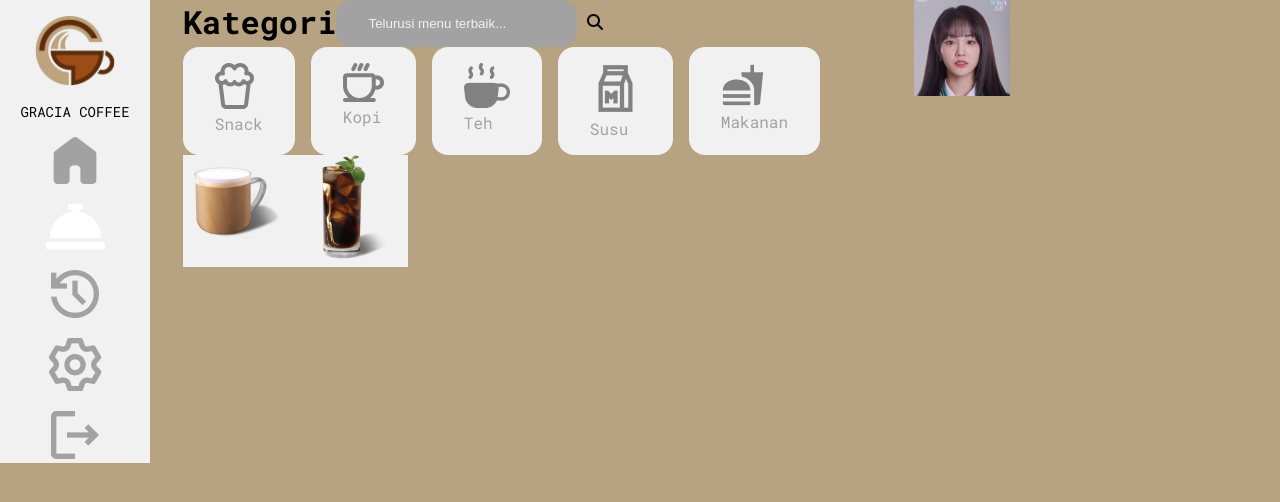
Repository: DanielChuaaa/sbd2
Page: index.html
The author's editor kept a copy of each file at every save. The page is drawn from the files as they stood at one save, then again after the next save.
The browser window is 1280 px wide. The pictures show the whole page.
Some web libraries are served in a nearby version.

Above is the page before, as saved 2023-10-21 00:28:44.

### index.html
<!DOCTYPE html>
<html lang="en">
<head>
    <meta charset="UTF-8">
    <meta name="viewport" content="width=device-width, initial-scale=1.0">
    <title>Document</title>
    <link href="https://fonts.googleapis.com/css2?family=Roboto+Mono:wght@400;600;700&display=swap" rel="stylesheet" />
    <link
      rel="stylesheet"
      href="https://cdnjs.cloudflare.com/ajax/libs/font-awesome/6.1.2/css/all.min.css"
      integrity="sha512-1sCRPdkRXhBV2PBLUdRb4tMg1w2YPf37qatUFeS7zlBy7jJI8Lf4VHwWfZZfpXtYSLy85pkm9GaYVYMfw5BC1A=="
      crossorigin="anonymous"
      referrerpolicy="no-referrer"
    />
    <link rel="stylesheet" href="style.css">
</head>
<body>
    <div class="container">
        <div class="grid-wrapper">
            <div class="iconParent">
                <img src="/assets/logo projek SBD 1.png" class="icon" width="80px" height="70px" alt="logo">
                <p>GRACIA COFFEE</p>
                <a href="#"><img src="./assets/home.png" alt="home"></a>
                <a href="#"><img src="./assets/menu.png" alt="menu"></a>
                <a href="#"><img src="./assets/history.png" alt="history"></a>
                <a href="#"><img src="./assets/setting.png" alt="setting"></a>

                <a href="#"><img src="./assets/logout.png" alt="logout"></a>
            </div>

            <div class="content">
                <div class="nav">
                    <h1>Kategori</h1>
                    <div class="inputWrapper">
                        <input type="text" name="text" id="text" class="input" placeholder="Telurusi menu terbaik...">
                        <i class="fa-solid fa-magnifying-glass"></i>
                    </div>
                </div>

                <div class="menu">
                    <div class="iconMenu"><a href="#"><img src="./assets/popcorn.png" alt="popcorn"></a>
                        <p>Snack</p>
                    </div>
                    <div class="iconMenu"><a href="#"><img src="./assets/kopi.png" alt="kopi"></a>
                        <p>Kopi</p>
                    </div>
                    <div class="iconMenu"><a href="#"><img src="./assets/teh.png" alt="teh"></a>
                        <p>Teh</p>
                    </div>
                    <div class="iconMenu"><a href="#"><img src="./assets/susu.png" alt="susu"></a>
                        <p>Susu</p>
                    </div>
                    <div class="iconMenu"><a href="#"><img src="./assets/makanan.png" alt="makanan"></a>
                        <p>Makanan</p>
                    </div>
                </div>

                <div class="orderMenu">
                    <div class="menu1">
                        <img src="./assets/Vanilla Latte_LongShadow_Cream_1 1.png" alt="">
                    </div>
                    <div class="menu2"><img src="./assets/10032021_Vietnamese_LS-min 1.png" alt=""></div>
                </div>
            </div>

            <div class="order">
                <img src="/assets/g_8___8_idola_cantik_berbakat_alumni_sm_entertainment_yang_sudah_debut_di_girlgroup_agensi_lain_p_eks_sm_trainee-20220408-001-non_fotografer_kly 1.png" alt="">
            </div>
        </div>
    </div>
</body>
</html>

### style.css
:root{
    --clr-primary-100: #B7A281;

    --clr-neutral-100: #818181;
    --clr-neutral-200: #A2A2A2;
    --clr-neutral-300: #D9D9D9;
    --clr-neutral-400: #F8F8F8;
    --clr-neutral-500:  #f1f1f1;

    --ff: "Roboto Mono", monospace;

    --fw-regular: 400;
    --fw-semi-bold: 600;
    --fw-bold: 700;
}

*{
    box-sizing: border-box;
    margin: 0;
    padding: 0;
}

body{
    font-family: var(--ff);
    background-color: #B7A281;
}

.grid-wrapper{
    display: grid;
    grid-template-columns: 0.5fr 2fr 1fr;
}

.iconParent{
    background: var(--clr-neutral-500);

    display: flex;
    flex-direction: column;
    align-items: center;
    max-width: 150px;
    height: auto;
    gap: 1rem;
}

.iconParent p{
    font-size: 14px;
}

.icon{
    margin-top: 1rem;
}


/* content */

.nav{
    display: flex;

}

.input{
    background: var(--clr-neutral-200);

    border: none;
    padding: 1rem 2rem;
    border-radius: 1rem;

}

::placeholder{
    color: var(--clr-neutral-500);
}

.menu{
    display: flex;
    gap: 1rem;
}

.iconMenu{
    background: var(--clr-neutral-500);

    padding: 1rem 2rem;
    border-radius: 1rem;
}

.iconMenu p{
    color: var(--clr-neutral-200);
}

.orderMenu{
    display: flex;
}

.menu1{
    background: var(--clr-neutral-500)
}

.menu2{
    background: var(--clr-neutral-500);
}

After the next save:
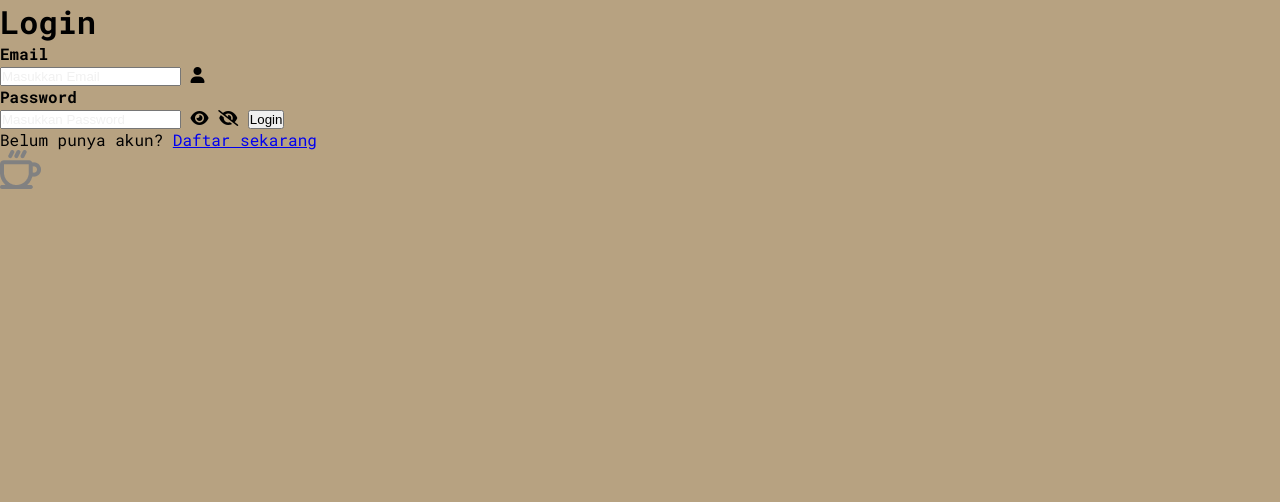
Not found: main.js
Saved 4 min 49 s later.
--- a/index.html
+++ b/index.html
@@ -1,9 +1,11 @@
 <!DOCTYPE html>
 <html lang="en">
-<head>
-    <meta charset="UTF-8">
-    <meta name="viewport" content="width=device-width, initial-scale=1.0">
-    <title>Document</title>
+  <head>
+    <meta charset="UTF-8" />
+    <meta http-equiv="X-UA-Compatible" content="IE=edge" />
+    <meta name="viewport" content="width=device-width, initial-scale=1.0" />
+    <link rel="preconnect" href="https://fonts.googleapis.com" />
+    <link rel="preconnect" href="https://fonts.gstatic.com" crossorigin />
     <link href="https://fonts.googleapis.com/css2?family=Roboto+Mono:wght@400;600;700&display=swap" rel="stylesheet" />
     <link
       rel="stylesheet"
@@ -12,61 +14,43 @@
       crossorigin="anonymous"
       referrerpolicy="no-referrer"
     />
-    <link rel="stylesheet" href="style.css">
-</head>
-<body>
+    <link rel="stylesheet" href="style.css" />
+    <title>Document</title>
+  </head>
+  <body>
     <div class="container">
-        <div class="grid-wrapper">
-            <div class="iconParent">
-                <img src="/assets/logo projek SBD 1.png" class="icon" width="80px" height="70px" alt="logo">
-                <p>GRACIA COFFEE</p>
-                <a href="#"><img src="./assets/home.png" alt="home"></a>
-                <a href="#"><img src="./assets/menu.png" alt="menu"></a>
-                <a href="#"><img src="./assets/history.png" alt="history"></a>
-                <a href="#"><img src="./assets/setting.png" alt="setting"></a>
+      <div class="contentWrapper">
+        <div class="loginSection">
+          <div>
+            <h1 class="margin-bottom-200">Login</h1>
 
-                <a href="#"><img src="./assets/logout.png" alt="logout"></a>
-            </div>
+            <form action="" onsubmit="return errorHandlers() ">
+              <!-- outpur error -->
+              <div id="eEmail" class="emsg"></div>
 
-            <div class="content">
-                <div class="nav">
-                    <h1>Kategori</h1>
-                    <div class="inputWrapper">
-                        <input type="text" name="text" id="text" class="input" placeholder="Telurusi menu terbaik...">
-                        <i class="fa-solid fa-magnifying-glass"></i>
-                    </div>
-                </div>
+              <h4 class="margin-bottom-100">Email</h4>
+              <input type="email" name="email" id="email" placeholder="Masukkan Email" />
+              <i class="fa-solid fa-user" data-margin-left="margin-left"> </i>
 
-                <div class="menu">
-                    <div class="iconMenu"><a href="#"><img src="./assets/popcorn.png" alt="popcorn"></a>
-                        <p>Snack</p>
-                    </div>
-                    <div class="iconMenu"><a href="#"><img src="./assets/kopi.png" alt="kopi"></a>
-                        <p>Kopi</p>
-                    </div>
-                    <div class="iconMenu"><a href="#"><img src="./assets/teh.png" alt="teh"></a>
-                        <p>Teh</p>
-                    </div>
-                    <div class="iconMenu"><a href="#"><img src="./assets/susu.png" alt="susu"></a>
-                        <p>Susu</p>
-                    </div>
-                    <div class="iconMenu"><a href="#"><img src="./assets/makanan.png" alt="makanan"></a>
-                        <p>Makanan</p>
-                    </div>
-                </div>
+              <h4 class="margin-bottom-100">Password</h4>
+              <input type="password" name="password" id="passwordInput" placeholder="Masukkan Password" />
 
-                <div class="orderMenu">
-                    <div class="menu1">
-                        <img src="./assets/Vanilla Latte_LongShadow_Cream_1 1.png" alt="">
-                    </div>
-                    <div class="menu2"><img src="./assets/10032021_Vietnamese_LS-min 1.png" alt=""></div>
-                </div>
-            </div>
+              <i class="fa-solid fa-eye" data-margin-left="margin-left" onclick="togglePassword()"></i>
+              <i class="fa-solid fas fa-eye-slash" onclick="togglePassword()"></i>
 
-            <div class="order">
-                <img src="/assets/g_8___8_idola_cantik_berbakat_alumni_sm_entertainment_yang_sudah_debut_di_girlgroup_agensi_lain_p_eks_sm_trainee-20220408-001-non_fotografer_kly 1.png" alt="">
-            </div>
+              <button class="button margin-bottom-200">Login</button>
+            </form>
+          </div>
+
+          <p>Belum punya akun? <a href="daftar.html" class="clr-brown"> Daftar sekarang</a></p>
         </div>
+
+        <div class="rightSection">
+          <img src="/logassets/kopi.png" class="img" alt="" />
+        </div>
+      </div>
     </div>
-</body>
+
+    <script src="main.js"></script>
+  </body>
 </html>
